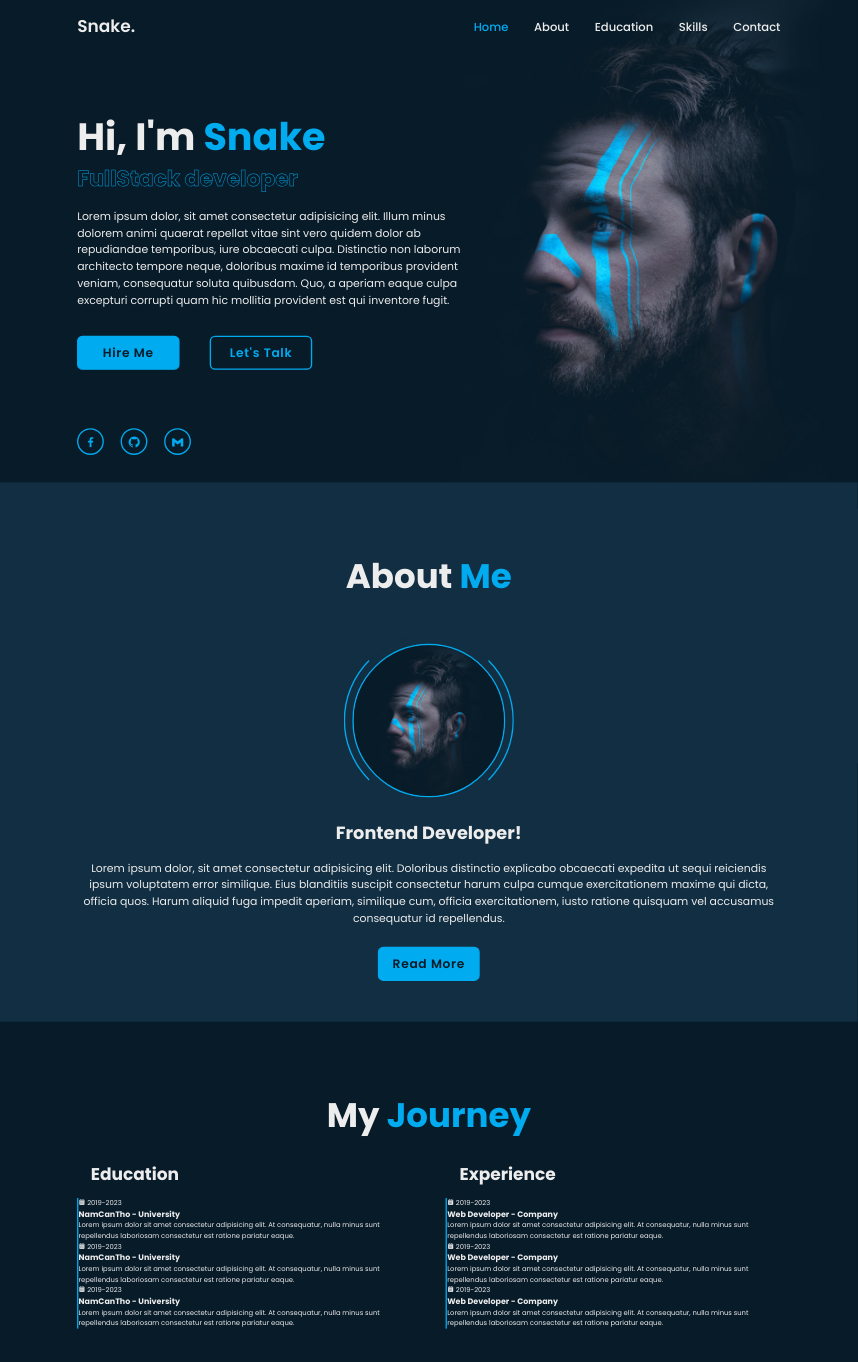
Repository: Tanty102/About_Me
Page: index.html
An editor plug-in stored every save of this project. The page is shown before and after the next save, followed by the edit.
The browser window is 1280 px wide. The pictures show the whole page, at 67% of full size.

Above is the page before, as saved 2023-09-12 18:37:24.

### index.html
<!DOCTYPE html>
<html lang="en">
  <head>
    <meta charset="UTF-8" />
    <meta name="viewport" content="width=device-width, initial-scale=1.0" />
    <link rel="stylesheet" href="style.css" />
    <title>CV Snake</title>
  </head>

  <!-- box icons -->
  <link
    href="https://unpkg.com/boxicons@2.1.4/css/boxicons.min.css"
    rel="stylesheet" />
  <body>
    <!-- Header design -->
    <header class="header">
      <a href="#" class="logo">Snake.</a>

      <div class="bx bx-menu" id="menu-icon"></div>

      <nav class="navbar">
        <a href="#home" class="active">Home</a>
        <a href="#about">About</a>
        <a href="#education">Education</a>
        <a href="#skills">Skills</a>
        <a href="#contact">Contact</a>
      </nav>
    </header>

    <!-- Home section design -->
    <section class="home" id="home">
      <div class="home-content">
        <h1>Hi, I'm <span>Snake</span></h1>
        <div class="text-animate">
          <h3>FullStack developer</h3>
        </div>
        <p>
          Lorem ipsum dolor, sit amet consectetur adipisicing elit. Illum minus
          dolorem animi quaerat repellat vitae sint vero quidem dolor ab
          repudiandae temporibus, iure obcaecati culpa. Distinctio non laborum
          architecto tempore neque, doloribus maxime id temporibus provident
          veniam, consequatur soluta quibusdam. Quo, a aperiam eaque culpa
          excepturi corrupti quam hic mollitia provident est qui inventore
          fugit.
        </p>

        <div class="btn-box">
          <a href="#" class="btn">Hire Me</a>
          <a href="#" class="btn">Let's Talk</a>
        </div>
      </div>

      <div class="home-sci">
        <a href="#"><i class="bx bxl-facebook"></i></a>
        <a href="#"><i class="bx bxl-github"></i></a>
        <a href="#"><i class="bx bxl-gmail"></i></a>
      </div>

      <div class="home-imgHover"></div>
    </section>

    <!-- About section design -->
    <section class="about" id="about">
      <h2 class="heading">About <span>Me</span></h2>

      <div class="about-img">
        <img src="image/about.jpg" alt="" />
        <span class="circle-spin"></span>
      </div>

      <div class="about-content">
        <h3>Frontend Developer!</h3>
        <p>
          Lorem ipsum dolor, sit amet consectetur adipisicing elit. Doloribus
          distinctio explicabo obcaecati expedita ut sequi reiciendis ipsum
          voluptatem error similique. Eius blanditiis suscipit consectetur harum
          culpa cumque exercitationem maxime qui dicta, officia quos. Harum
          aliquid fuga impedit aperiam, similique cum, officia exercitationem,
          iusto ratione quisquam vel accusamus consequatur id repellendus.
        </p>

        <div class="btn-box btns">
          <a href="#" class="btn">Read More</a>
        </div>
      </div>
    </section>

    <!-- Education section design -->
    <section class="education" id="education">
      <h2 class="heading">My <span>Journey</span></h2>

      <div class="education-row">
        <div class="education-column">
          <h3 class="title">Education</h3>

          <div class="education-box">
            <div class="education-content">
              <div class="content">
                <div class="year">
                  <i class="bx bxs-calendar"></i> 2019-2023
                </div>
                <h3>NamCanTho - University</h3>
                <p>
                  Lorem ipsum dolor sit amet consectetur adipisicing elit. At
                  consequatur, nulla minus sunt repellendus laboriosam
                  consectetur est ratione pariatur eaque.
                </p>
              </div>
            </div>

            <div class="education-content">
              <div class="content">
                <div class="year">
                  <i class="bx bxs-calendar"></i> 2019-2023
                </div>
                <h3>NamCanTho - University</h3>
                <p>
                  Lorem ipsum dolor sit amet consectetur adipisicing elit. At
                  consequatur, nulla minus sunt repellendus laboriosam
                  consectetur est ratione pariatur eaque.
                </p>
              </div>
            </div>

            <div class="education-content">
              <div class="content">
                <div class="year">
                  <i class="bx bxs-calendar"></i> 2019-2023
                </div>
                <h3>NamCanTho - University</h3>
                <p>
                  Lorem ipsum dolor sit amet consectetur adipisicing elit. At
                  consequatur, nulla minus sunt repellendus laboriosam
                  consectetur est ratione pariatur eaque.
                </p>
              </div>
            </div>
          </div>
        </div>

        <div class="education-column">
          <h3 class="title">Experience</h3>

          <div class="education-box">
            <div class="education-content">
              <div class="content">
                <div class="year">
                  <i class="bx bxs-calendar"></i> 2019-2023
                </div>
                <h3>Web Developer - Company</h3>
                <p>
                  Lorem ipsum dolor sit amet consectetur adipisicing elit. At
                  consequatur, nulla minus sunt repellendus laboriosam
                  consectetur est ratione pariatur eaque.
                </p>
              </div>
            </div>

            <div class="education-content">
              <div class="content">
                <div class="year">
                  <i class="bx bxs-calendar"></i> 2019-2023
                </div>
                <h3>Web Developer - Company</h3>
                <p>
                  Lorem ipsum dolor sit amet consectetur adipisicing elit. At
                  consequatur, nulla minus sunt repellendus laboriosam
                  consectetur est ratione pariatur eaque.
                </p>
              </div>
            </div>

            <div class="education-content">
              <div class="content">
                <div class="year">
                  <i class="bx bxs-calendar"></i> 2019-2023
                </div>
                <h3>Web Developer - Company</h3>
                <p>
                  Lorem ipsum dolor sit amet consectetur adipisicing elit. At
                  consequatur, nulla minus sunt repellendus laboriosam
                  consectetur est ratione pariatur eaque.
                </p>
              </div>
            </div>
          </div>
        </div>
      </div>
    </section>

    <script src="main.js"></script>
  </body>
</html>

### style.css
@import url("https://fonts.googleapis.com/css2?family=Poppins:wght@300;400;500;600;700;800;900&display=swap");

* {
  margin: 0;
  padding: 0;
  box-sizing: border-box;
  text-decoration: none;
  border: none;
  outline: none;
  scroll-behavior: smooth;
  font-family: "Poppins", sans-serif;
}

:root {
  --bg-color: #081b29;
  --second-bg-color: #112e42;
  --text-color: #ededed;
  --main-color: #00abf0;
}

html {
  font-size: 63.5%;
  overflow-x: hidden;
}

body {
  background: var(--bg-color);
  color: var(--text-color);
}

.header {
  position: fixed;
  top: 0;
  left: 0;
  width: 100%;
  padding: 2rem 9%;
  background: transparent;
  display: flex;
  justify-content: space-between;
  align-items: center;
  z-index: 100;
}

.logo {
  font-size: 2.5rem;
  color: var(--text-color);
  font-weight: 600;
}

.navbar a {
  font-size: 1.7rem;
  color: var(--text-color);
  font-weight: 500;
  margin-left: 3.5rem;
  transition: 0.3s;
}

.navbar a:hover,
.navbar a.active {
  color: var(--main-color);
}

#menu-icon {
  font-size: 3.6rem;
  color: var(--text-color);
  cursor: pointer;
  display: none;
}

section {
  min-height: 100vh;
  padding: 10rem 9% 2rem;
}

.home {
  display: flex;
  align-items: center;
  padding: 0 9%;
  background: url("/image/home.jpg") no-repeat;
  background-size: cover;
  background-position: center;
}

.home-content {
  max-width: 60rem;
}

.home-content h1 {
  font-size: 5.6rem;
  font-weight: 700;
  line-height: 1.3;
}

.home-content .text-animate {
  position: relative;
  width: 32.8rem;
}

.home-content .text-animate h3 {
  font-size: 3.2rem;
  font-weight: 700;
  color: transparent;
  -webkit-text-stroke: 0.7px var(--main-color);
}

.home-content p {
  font-size: 1.6rem;
  margin: 2rem 0 4rem;
}

.btn-box {
  position: relative;
  display: flex;
  justify-content: space-between;
  width: 34.5rem;
  height: 5rem;
}
.btn-box .btn {
  position: relative;
  display: inline-flex;
  justify-content: center;
  align-items: center;
  width: 15rem;
  height: 100%;
  background: var(--main-color);
  border: 0.2rem solid var(--main-color);
  border-radius: 0.8rem;
  font-size: 1.8rem;
  font-weight: 600;
  letter-spacing: 0.1rem;
  color: var(--bg-color);
  z-index: 1;
  overflow: hidden;
  transition: 0.5s;
}

.btn-box .btn:hover {
  color: var(--main-color);
}

.btn-box .btn:nth-child(2) {
  background: transparent;
  color: var(--main-color);
}

.btn-box .btn:nth-child(2):hover {
  color: var(--bg-color);
}

.btn-box .btn:nth-child(2)::before {
  background: var(--main-color);
}

.btn-box .btn::before {
  content: "";
  position: absolute;
  top: 0;
  left: 0;
  width: 0;
  height: 100%;
  background: var(--bg-color);
  z-index: -1;
  transition: 0.5s;
}

.btn-box .btn:hover::before {
  width: 100%;
}

.home-sci {
  position: absolute;
  bottom: 4rem;
  width: 170px;
  display: flex;
  justify-content: space-between;
}

.home-sci a {
  position: relative;
  display: inline-flex;
  justify-content: center;
  align-items: center;
  width: 40px;
  height: 40px;
  background: transparent;
  border: 0.2rem solid var(--main-color);
  border-radius: 50%;
  font-size: 20px;
  color: var(--main-color);
  z-index: 1;
  overflow: hidden;
  transition: 0.5s;
}

.home-sci a:hover {
  color: var(--bg-color);
}

.home-sci a::before {
  content: "";
  position: absolute;
  top: 0;
  left: 0;
  width: 0;
  height: 100%;
  background: var(--main-color);
  z-index: -1;
  transition: 0.5s;
}

.home-sci a:hover::before {
  width: 100%;
}

.home-imgHover {
  position: absolute;
  top: 0;
  right: 0;
  width: 45%;
  height: 100%;
  background: transparent;
  transition: 3s;
}

.home-imgHover:hover {
  background: var(--bg-color);
  opacity: 0.8;
}

.about {
  display: flex;
  justify-content: center;
  align-items: center;
  flex-direction: column;
  gap: 2rem;
  background: var(--second-bg-color);
  padding-bottom: 6rem;
}

.heading {
  font-size: 5rem;
  margin-bottom: 3rem;
  text-align: center;
}
span {
  color: var(--main-color);
}

.about-img {
  position: relative;
  width: 25rem;
  height: 25rem;
  border-radius: 50%;
  display: flex;
  justify-content: center;
  align-items: center;
}

.about-img img {
  width: 90%;
  border-radius: 50%;
  border: 0.2rem solid var(--main-color);
}

.about-img .circle-spin {
  position: absolute;
  top: 50%;
  left: 50%;
  transform: translate(-50%, -50%) rotate(0);
  width: 100%;
  height: 100%;
  border-radius: 50%;
  border-top: 0.2rem solid var(--second-bg-color);
  border-bottom: 0.2rem solid var(--second-bg-color);
  border-left: 0.2rem solid var(--main-color);
  border-right: 0.2rem solid var(--main-color);
}

.about-content {
  text-align: center;
}

.about-content h3 {
  font-size: 2.6rem;
}

.about-content p {
  font-size: 1.6rem;
  margin: 2rem 0 3rem;
}

.btn-box.btns {
  display: inline-block;
  width: 15rem;
}

.btn-box.btns a::before {
  background: var(--second-bg-color);
}

.education {
  display: flex;
  justify-content: center;
  align-items: center;
  flex-direction: column;
  min-height: auto;
  padding-bottom: 5rem;
}

.education .education-row {
  display: flex;
  flex-wrap: wrap;
  gap: 5rem;
}

.education-row .education-column {
  flex: 1 1 40rem;
}

.education-column .title {
  font-size: 2.5rem;
  margin: 0 0 1.5rem 2rem;
}

.education-column .education-box {
  border-left: .2rem solid var(--main-color);
}

.education-box .education-content {
  position: relative;
  padd
}

Loaded but not shown: main.js (no copy from this time; the picture is the same without it)

After the next save:
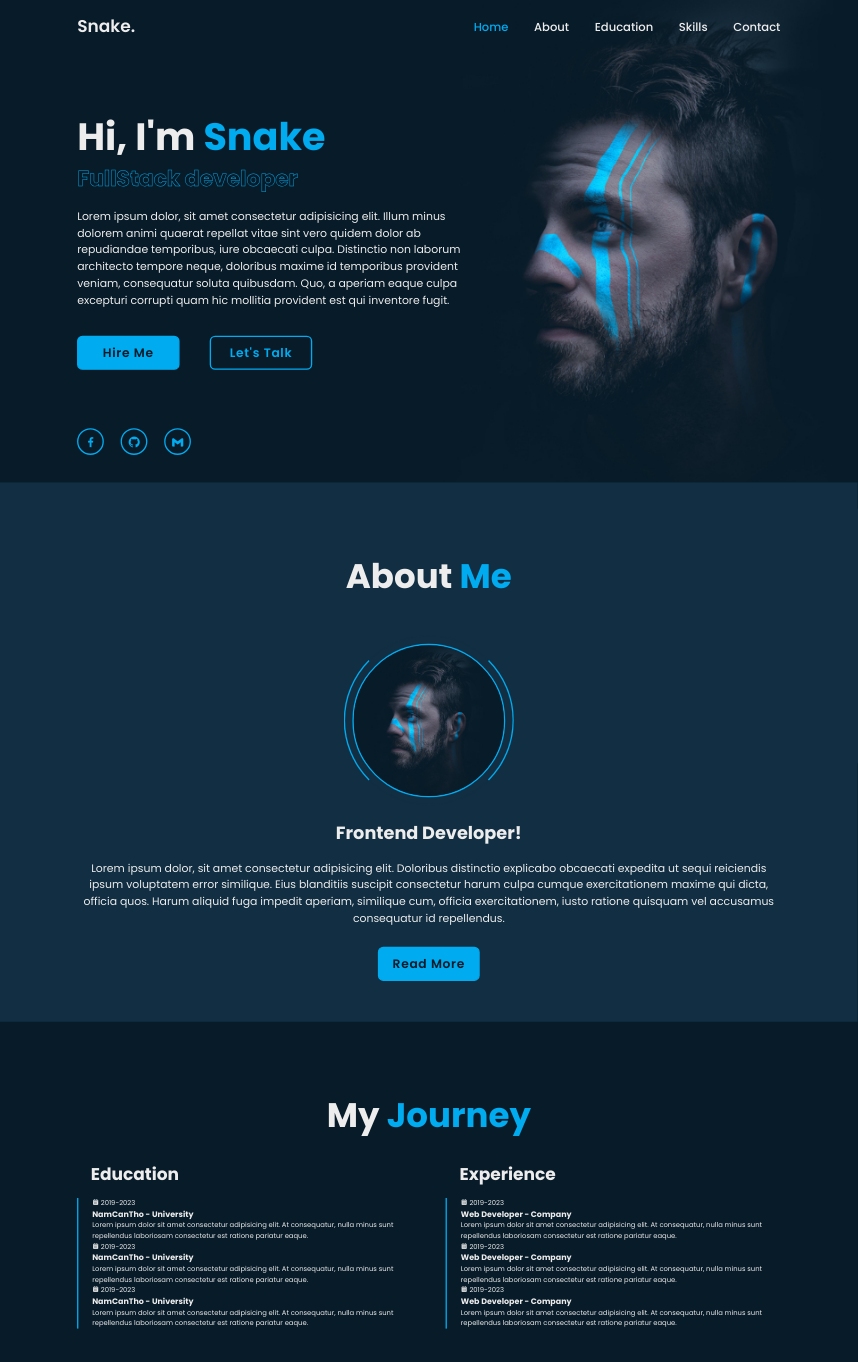
Saved 4 s later.
--- a/style.css
+++ b/style.css
@@ -328,5 +328,5 @@ span {
 
 .education-box .education-content {
   position: relative;
-  padd
-}
+  padding-left: 2rem;
+}
